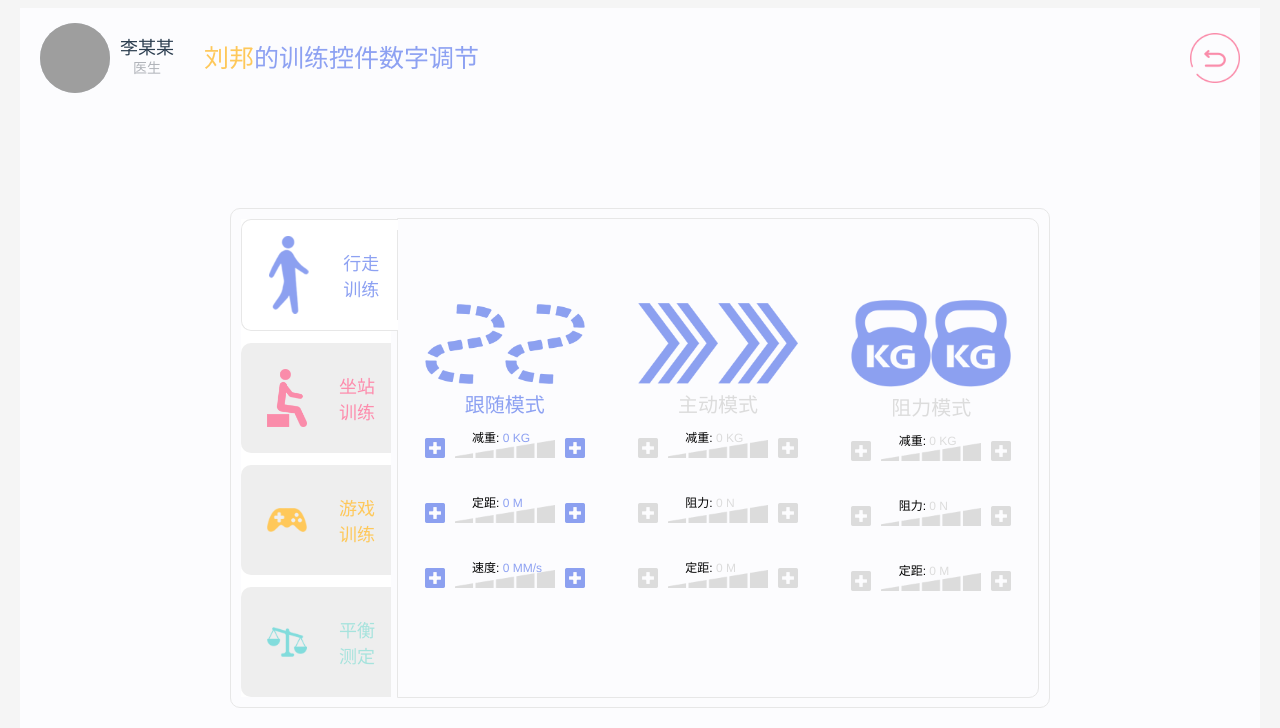
Repository: wangdanqing90/electron-vue-doctor
Page: /#/trainingAdjust
These files come from the project's save history. The page is drawn as it stood at one moment and after the next save; the edit follows.
The browser window is 1280 px wide. The pictures show the whole page.
Pictures or frames that could not be fetched are drawn as grey boxes. The project was rebuilt for these pictures with package versions that can differ from the ones it lists, and the page was loaded fresh each time. Also part of the build but not shown: vue.config.js, src/views/Home.vue, src/assets/styles/variable.scss, src/assets/styles/iconfont.css.

Above is the page before, as saved 2020-01-15 14:40:39.

After the next save:
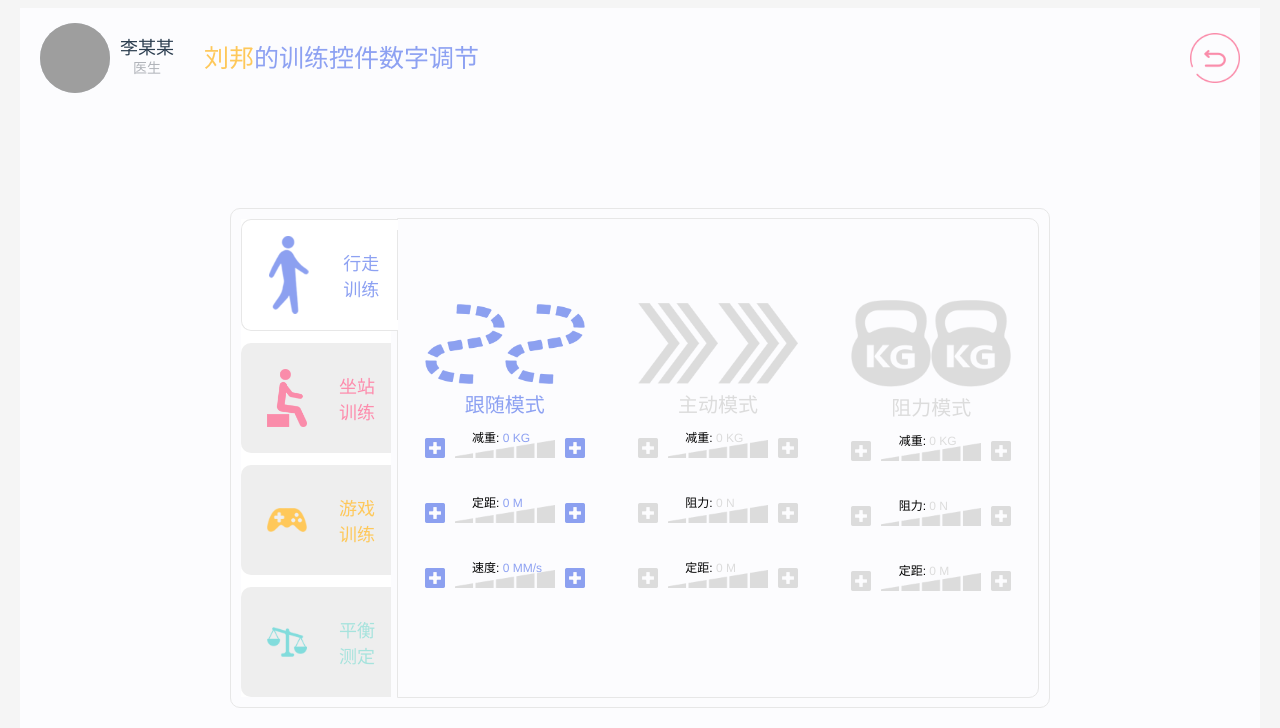
Saved 78 s later.
--- a/src/components/Adjust/AdjustContiner.vue
+++ b/src/components/Adjust/AdjustContiner.vue
@@ -78,8 +78,8 @@ export default {
     } else if (this.type === 2) {
       this.config = {
         title: "主动模式",
-        imgsrc: require("@/../images/activemode_2.png"),
-        imgsrcGray: require("@/../images/activemode_1.png"),
+        imgsrc: require("@/../images/activemode_1.png"),
+        imgsrcGray: require("@/../images/activemode_2.png"),
         width: "120px",
         fontColor: "purpleFontColor",
         adjusts: [
@@ -106,8 +106,8 @@ export default {
     } else if (this.type === 3) {
       this.config = {
         title: "阻力模式",
-        imgsrc: require("@/../images/resistancemode_2.png"),
-        imgsrcGray: require("@/../images/resistancemode_1.png"),
+        imgsrc: require("@/../images/resistancemode_1.png"),
+        imgsrcGray: require("@/../images/resistancemode_2.png"),
         width: "120px",
         fontColor: "purpleFontColor",
         adjusts: [
